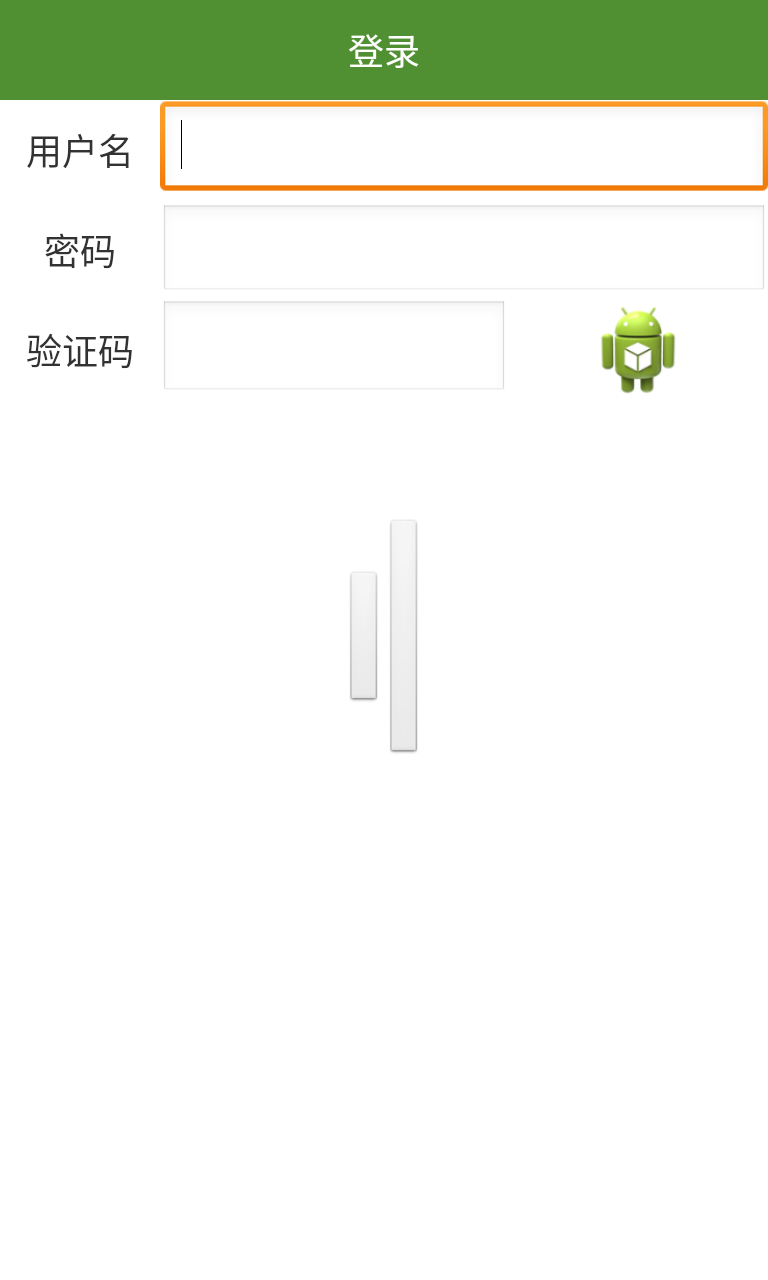
Repository: xuelang201201/Android
Layout: Android网络/android_day03_ems/res/layout/activity_login.xml
An editor plug-in stored every save of this project. The layout is shown before and after the next save, followed by the edit.
It is drawn on a 768 x 1280 px phone screen (xhdpi) without system bars, with theme android:Theme.Light.NoTitleBar; the app's code is not run.

Above is the layout before, as saved 2016-03-04 00:42:23.

### Android网络/android_day03_ems/res/layout/activity_login.xml
<RelativeLayout xmlns:android="http://schemas.android.com/apk/res/android"
    xmlns:tools="http://schemas.android.com/tools"
    android:layout_width="match_parent"
    android:layout_height="match_parent"
    tools:context=".loginEmpActivity" >

    <TextView
        android:id="@+id/tv_login_emp_title"
        android:layout_width="match_parent"
        android:layout_height="50dp"
        android:background="#519032"
        android:gravity="center"
        android:text="登录"
        android:textColor="#ffffff"
        android:textSize="18sp" />

    <TextView
        android:id="@+id/tv_login_emp_username"
        android:layout_width="80dp"
        android:layout_height="50dp"
        android:layout_alignParentLeft="true"
        android:layout_below="@+id/tv_login_emp_title"
        android:gravity="center"
        android:text="用户名"
        android:textSize="18sp" />

    <EditText
        android:id="@+id/et_login_emp_username"
        android:layout_width="wrap_content"
        android:layout_height="wrap_content"
        android:layout_alignBottom="@+id/tv_login_emp_username"
        android:layout_alignParentRight="true"
        android:layout_below="@+id/tv_login_emp_title"
        android:layout_toRightOf="@+id/tv_login_emp_username"
        android:ems="10"
        android:inputType="textPersonName"
        android:singleLine="true" >

        <requestFocus />
    </EditText>

    <TextView
        android:id="@+id/tv_login_emp_pwd"
        android:layout_width="80dp"
        android:layout_height="50dp"
        android:layout_below="@+id/tv_login_emp_username"
        android:gravity="center"
        android:text="密码"
        android:textSize="18sp" />

    <TextView
        android:id="@+id/tv_login_emp_code"
        android:layout_width="80dp"
        android:layout_height="50dp"
        android:layout_below="@+id/tv_login_emp_pwd"
        android:gravity="center"
        android:text="验证码"
        android:textSize="18sp" />

    <EditText
        android:id="@+id/et_login_emp_code"
        android:layout_width="wrap_content"
        android:layout_height="wrap_content"
        android:layout_alignBottom="@+id/tv_login_emp_code"
        android:layout_alignTop="@+id/tv_login_emp_code"
        android:layout_toLeftOf="@+id/iv_login_emp_code"
        android:layout_toRightOf="@+id/tv_login_emp_code"
        android:ems="10"
        android:singleLine="true" />

    <ImageView
        android:id="@+id/iv_login_emp_code"
        android:layout_width="130dp"
        android:layout_height="50dp"
        android:layout_alignParentRight="true"
        android:layout_below="@+id/tv_login_emp_pwd"
        android:onClick="doClick"
        android:src="@drawable/ic_launcher" />

    <EditText
        android:id="@+id/et_login_emp_age"
        android:layout_width="wrap_content"
        android:layout_height="wrap_content"
        android:layout_alignBottom="@+id/tv_login_emp_pwd"
        android:layout_alignLeft="@+id/et_login_emp_code"
        android:layout_alignParentRight="true"
        android:ems="10"
        android:inputType="textPassword"
        android:singleLine="true" />

    <LinearLayout
        android:layout_width="match_parent"
        android:layout_height="wrap_content"
        android:layout_alignParentLeft="true"
        android:layout_centerVertical="true"
        android:gravity="center"
        android:orientation="horizontal" >

        <Button
            android:id="@+id/btn_login_emp"
            android:layout_width="20sp"
            android:layout_height="wrap_content"
            android:onClick="doClick"
            android:text="登录"
            android:textSize="18sp" />

        <Button
            android:id="@+id/btn_to_register"
            android:layout_width="20sp"
            android:layout_height="wrap_content"
            android:textSize="18sp"
            android:text="新用户？" />
    </LinearLayout>

</RelativeLayout>

After the next save:
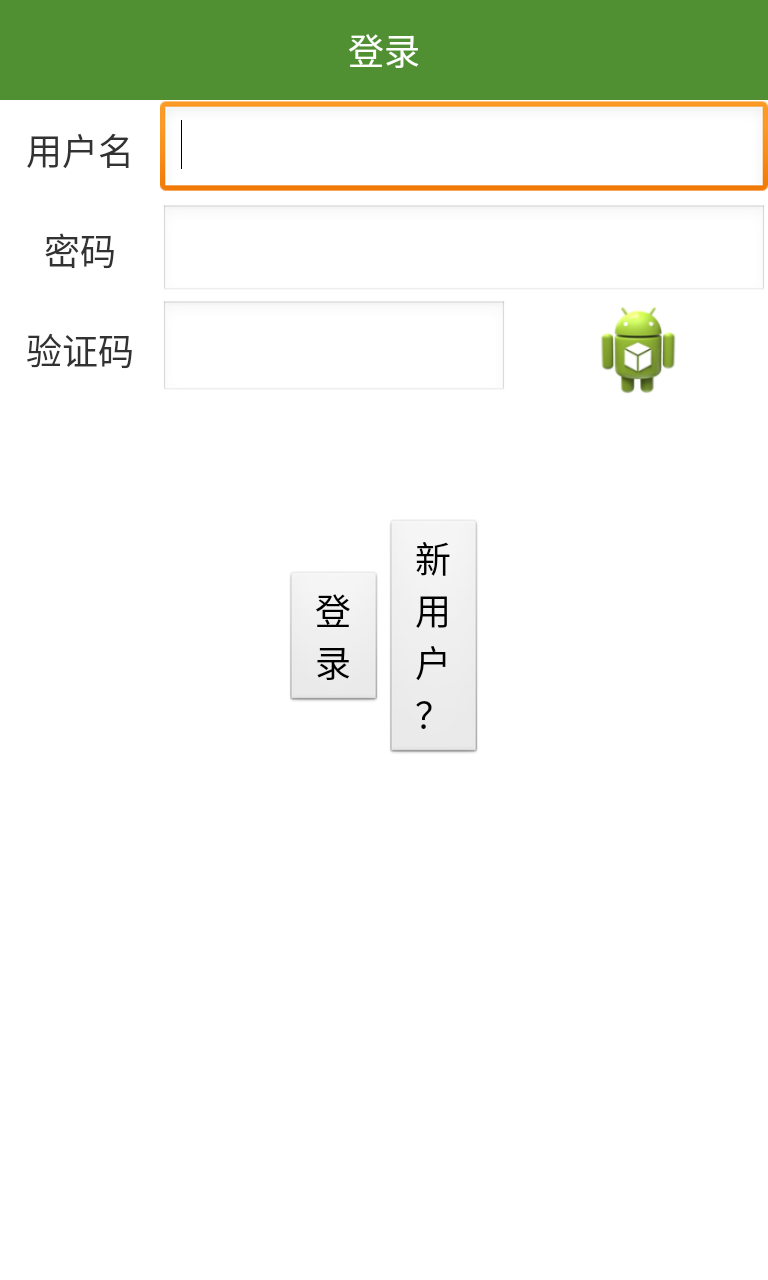
Saved 10 s later.
--- a/Android网络/android_day03_ems/res/layout/activity_login.xml
+++ b/Android网络/android_day03_ems/res/layout/activity_login.xml
@@ -98,7 +98,7 @@
 
         <Button
             android:id="@+id/btn_login_emp"
-            android:layout_width="20sp"
+            android:layout_width="50sp"
             android:layout_height="wrap_content"
             android:onClick="doClick"
             android:text="登录"
@@ -106,7 +106,7 @@
 
         <Button
             android:id="@+id/btn_to_register"
-            android:layout_width="20sp"
+            android:layout_width="50sp"
             android:layout_height="wrap_content"
             android:textSize="18sp"
             android:text="新用户？" />
